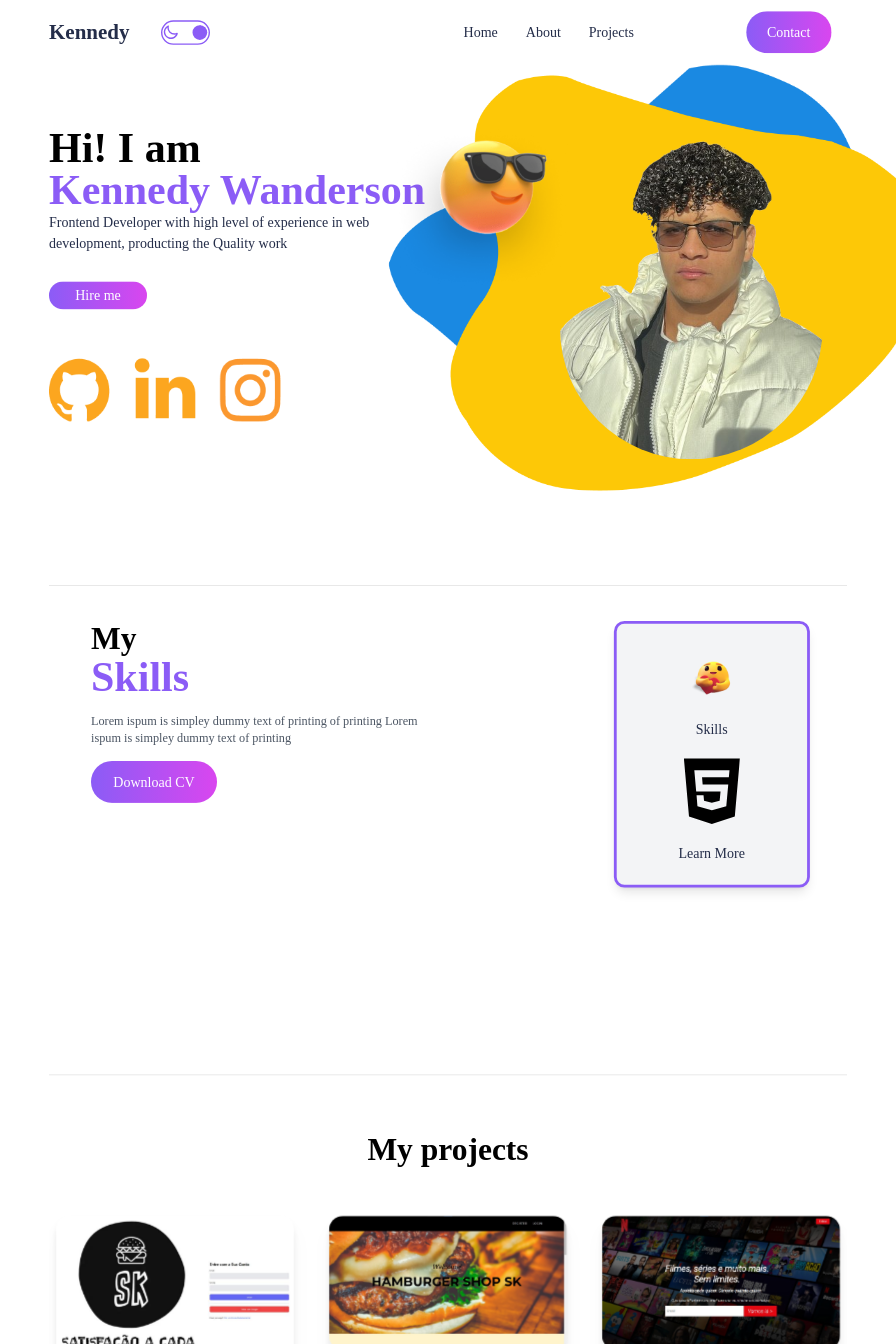
Repository: KennedyWanderson/portfolio
Page: /
The author's editor kept a copy of each file at every save. The page is drawn from the files as they stood at one save, then again after a run of saves.
The browser window is 1280 px wide. The pictures show the part of the page from y = 0 to 1920 px (the page is 3240 px tall), at 70% of full size.
Some web fonts or font styles are not loaded; a fallback is used. The project was rebuilt for these pictures with package versions that can differ from the ones it lists, and the page was loaded fresh each time. Imported but missing from the stored project, and not drawn on this page: src/Components/Services/Kennedy_CV.pdf.

Above is the page before, as saved 2024-01-26 12:21:40.

### public/index.html
<!DOCTYPE html>
<html lang="en">
  <head>
    <meta charset="utf-8" />
    <link rel="icon" href="%PUBLIC_URL%/favicon.ico" />
    <meta name="viewport" content="width=device-width, initial-scale=1" />
    <meta name="theme-color" content="#000000" />
    <meta
      name="description"
      content="Web site created using create-react-app"
    />

    <style>
      @font-face{
        font-family: Gumela;
        src: url('../src/fonts/*');
      }

      *{
        font-family: 'Gumela';
        font-weight: normal;
        font-size: 20px;
      }
      body{
        margin: 0;
      }
    </style>
    <link rel="apple-touch-icon" href="%PUBLIC_URL%/logo192.png" />
    <!--
      manifest.json provides metadata used when your web app is installed on a
      user's mobile device or desktop. See https://developers.google.com/web/fundamentals/web-app-manifest/
    -->
    <link rel="manifest" href="%PUBLIC_URL%/manifest.json" />
    <!--
      Notice the use of %PUBLIC_URL% in the tags above.
      It will be replaced with the URL of the `public` folder during the build.
      Only files inside the `public` folder can be referenced from the HTML.

      Unlike "/favicon.ico" or "favicon.ico", "%PUBLIC_URL%/favicon.ico" will
      work correctly both with client-side routing and a non-root public URL.
      Learn how to configure a non-root public URL by running `npm run build`.
    -->
    <title>React App</title>
  </head>
  <body>
    <noscript>You need to enable JavaScript to run this app.</noscript>
    <div id="root"></div>
    <!--
      This HTML file is a template.
      If you open it directly in the browser, you will see an empty page.

      You can add webfonts, meta tags, or analytics to this file.
      The build step will place the bundled scripts into the <body> tag.

      To begin the development, run `npm start` or `yarn start`.
      To create a production bundle, use `npm run build` or `yarn build`.
    -->
  </body>
</html>

### src/index.css
@import 'tailwindcss/base';
@import 'tailwindcss/components';
@import 'tailwindcss/utilities';

:root
{
  --yellow: #F5C32C;
    --orange : #FCA61F;
    --black : #242D49;
    --gray : #788097;
    --blueCard : #DDF8FE;
    --purple: rgb(238 210 255);
    --boxShadow : 0px 19px 60px rgb(0 0 0 / 8%);
    --orangeCard: rgba(252, 166, 31, 0.45);
    --smboxShadow: -79px 51px 60px rgba(0, 0, 0, 0.08);
}

.App{
    overflow: hidden;
    color: var(--black);
}

### src/App.css
@import 'tailwindcss/base';
@import 'tailwindcss/components';
@import 'tailwindcss/utilities';

:root
{
  --yellow: #F5C32C;
    --orange : #FCA61F;
    --black : #242D49;
    --gray : #788097;
    --blueCard : #DDF8FE;
    --purple: rgb(238 210 255);
    --boxShadow : 0px 19px 60px rgb(0 0 0 / 8%);
    --orangeCard: rgba(252, 166, 31, 0.45);
    --smboxShadow: -79px 51px 60px rgba(0, 0, 0, 0.08);
}

.App{
    padding: 0.5rem 3.5rem;
    overflow: hidden;
    color: var(--black);
}

.button{
  border-radius: 34px;
  border: none;
  color: white;
  font-size: 16px;
  padding: 10px;
}

@media screen and (max-width: 480px) {
    .App{
      padding: 0.5rem 1rem;
    }
}

### src/Components/Navbar/Navbar.jsx
import React from "react";
import Toggle from "../Toggle/Toggle";
import { Link } from 'react-scroll';

const Navbar = () => {
    return (
        <div className="lg:h-[10vh] flex flex-col lg:flex-row justify-between">
            <div className="flex-1 flex items-center gap-8">
                <div className="text-2xl font-bold">Kennedy</div>
                <Toggle />
            </div>
            <div className="lg:flex hidden flex-1 items-center justify-center font-normal">
                <div className="flex-grow-10">
                    <ul className="lg:flex hidden gap-8 mr-32 hover:cursor-grab">
                        <Link spy={true} to='Navbar' smooth={true}>
                            <li className="hover:text-orange-500">Home</li>
                        </Link>
                        <Link spy={true} to='About' smooth={true}>
                            <li className="hover:text-orange-500">About</li>
                        </Link>
                        <Link spy={true} to='Projects' smooth={true}>
                            <li className="hover:text-orange-500">Projects</li>
                        </Link>
                    </ul>
                </div>
                <button className=" rounded-3xl border-none text-white text-base pt-3 p-3 pr-6 pl-6 bg-gradient-to-r from-violet-500 to-fuchsia-500
                hover:cursor-grab bg-white hover:text-orange-500
                ">Contact</button>
            </div>
        </div>
    );
}

export default Navbar;

### src/Components/About/About.jsx
import React, { useContext } from "react";
import Github from '../../img/github.png'
import Instagram from '../../img/instagram.png'
import Linkedin from '../../img/linkedin.png'
import Profile from '../../img/eu.png'
import './About.css'
import Vector1 from '../../img/Vector1.png'
import Vector2 from '../../img/Vector2.png'
import { themeContext } from "../../Context";
import {motion} from 'framer-motion'
import glassesemoji from '../../img/glassesimoji.png'


const About = () => {

    const transition = {duration: 2, type: 'spring'}

    const theme = useContext(themeContext);
    const darkMode = theme.state.darkMode;

    return (
        <div className="lg:flex lg:flex-row flex-col h-[77vh] my-20 about">
            <div className="flex flex-col relative flex-1 gap-8">
                <div className="flex flex-col ">
                    <span style={{color: darkMode? 'white': ''}} className="text-black font-bold text-5xl">Hi! I am</span>
                    <span className="text-violet-500 font-bold text-5xl">Kennedy Wanderson</span>
                    <span>Frontend Developer with high level of experience
                        in web development, producting the Quality work                   </span>
                </div>
                <button className="rounded-3xl	border-none	text-white text-base pt-3 p-3 pr-6 pl-6 bg-gradient-to-r from-violet-500 to-fuchsia-500
                hover:cursor-grab bg-white hover:text-orange-500 w-28 h-8 flex justify-center items-center">Hire me</button>
                <div className="mt-6 flex gap-7 hover:cursor-grab left">
                    <a href="https://github.com/KennedyWanderson">
                        <img src={Github} alt="" />
                    </a>
                    <a href="https://www.linkedin.com/in/kennedy-wanderson/">
                        <img src={Linkedin} alt="" />
                    </a>
                    <a href="https://www.instagram.com/_dev.kennedy/">
                        <img src={Instagram} alt="" />
                    </a>
                </div>
            </div>
            <div className="i-right">
                <img src={Vector1} alt="" />
                <img src={Vector2} alt="" />
                <img className="rounded-full" src={Profile} alt="" />
                <motion.img
                initial={{left: '-46%'}}
                whileInView={{left: '-14%'}}
                transition={transition}
                src={glassesemoji} alt="" />
            </div>
        </div>
    )
}

export default About;

### src/Components/Services/Services.jsx
import React, { useContext } from "react";
import HeartEmoji from '../../img/heartemoji.png'
import Card from "../Card/Card";
import Resume from './Kennedy_CV.pdf'
import './Services.css'
import { themeContext } from "../../Context";
import { motion } from 'framer-motion'
import ReactIimg from '../../img/react.svg'
import HtmlImg from '../../img/html5.svg'

const Services = () => {

    const theme = useContext(themeContext);
    const darkMode = theme.state.darkMode;

    return (

        <div className="pt-0 pb-12 pr-3 pl-12 flex h-[90vh] mt-10 services" id="About">
            <div className="flex flex-col relative">
                <span style={{ color: darkMode ? 'white' : '' }} className="text-black text-4xl font-bold">My </span>
                <span className="text-violet-500 font-bold text-5xl">Skills</span>
                <spane style={{ color: darkMode ? 'white' : '' }} className="text-gray-600 text-sm mt-4">Lorem ispum is simpley dummy text of printing of printing Lorem

                    <br />
                    ispum is simpley dummy text of printing
                </spane>
                <a href={Resume} download>
                    <button className="rounded-3xl	border-none	text-white text-base pt-3 p-3 pr-6 pl-6 bg-gradient-to-r from-violet-500 to-fuchsia-500
                    hover:cursor-grab bg-white hover:text-orange-500 w-36 mt-4">Download CV</button>
                </a>
            </div>
            <div className="relative sm:flex lg:block cards gap-17rem">
                <div className="flex left-56 absolute sm:static lg:absolute">
                    <Card
                        emoji={HeartEmoji}
                        heading={'Skills'}
                        detail={HtmlImg}
                    />
                </div>
                <motion.div
                    initial={{ rotate: 45 }}
                    whileInView={{ rotate: 0 }}
                    viewport={{ margin: '-40px' }}
                    transition={{ duration: 3.5, type: 'spriing' }}
                >
                    <div>
                        <img src={[ReactIimg, ReactIimg]} alt="" />
                    </div>
                    <div>

                    </div>
                    <div>

                    </div>
                    <div>

                    </div>

                </motion.div>
            </div>
        </div>
    )
}

export default Services;

### src/Components/Portfolio/Portfolio.jsx
import React, { useContext } from "react";
import {Swiper, SwiperSlide} from 'swiper/react'
import 'swiper/css'
import Admin from '../../img/admin.jpeg'
import Movie from '../../img/movie.jpeg'
import Netflix from '../../img/netflix.jpeg'
import { themeContext } from "../../Context";
import Burguer from '../../img/burguer.jpeg'

const Portfolio = () => {
    const theme = useContext(themeContext);
    const darkMode = theme.state.darkMode;

    return(
        <div className="flex flex-col items-center justify-center h-[70vh] mb-10" id="Projects">
            <span style={{color: darkMode? 'white': ''}} className="text-black font-bold text-4xl">My projects</span>


            <Swiper spaceBetween={30}
            slidesPerView={3}
            grabCursor={true}
            className="overflow-visible w-full mt-12">
                <SwiperSlide className="w-80 p-2">
                    <img className="w-72 drop-shadow-xl rounded-2xl"  src={Admin} alt="" />
                </SwiperSlide>
                <SwiperSlide className="w-80 p-2">
                    <img className="w-72 drop-shadow-xl rounded-2xl" src={Burguer} alt="" />
                </SwiperSlide>
                <SwiperSlide className="w-80 p-2">
                    <img className="w-72 drop-shadow-xl rounded-2xl"  src={Netflix} alt="" />
                </SwiperSlide>
                <SwiperSlide className="w-80 p-2">
                    <img className="w-72 drop-shadow-xl rounded-2xl" src={Movie} alt="" />
                </SwiperSlide>
            </Swiper>
        </div>
    )
}

export default Portfolio;

### src/Components/Contact/Contact.jsx
import React, { useContext, useState } from "react";
import { useRef } from 'react';
import emailjs from '@emailjs/browser';
import { themeContext } from "../../Context";

const Contact = () => {

    const theme = useContext(themeContext);
    const darkMode = theme.state.darkMode;

  const form = useRef();

  const [done, setDone] = useState(false)

  const sendEmail = (e) => {
    e.preventDefault();

    emailjs.sendForm('service_nloztkk', 'template_w0nf8e5', form.current, 'l4pVECB3jFJ-edbZo')
      .then((result) => {
          console.log(result.text);
          setDone(true)
      }, (error) => {
          console.log(error.text);
      });
  };

    return(
        <div className="lg:flex flex-col m-3 pt-0 pr-12 pb-0 pl-12 mt-16 flex h-[80vh]">
            <div>
                <div className="flex flex-col">
                    <span style={{color: darkMode? 'white': ''}} className="text-black font-bold text-4xl">Get in touch</span>
                    <span className="text-violet-500 font-bold text-5xl">Contact me</span>
                </div>
            </div>

            <div className="flex justify-center relative flex-1">
                <form ref={form} onSubmit={sendEmail} className="flex flex-col gap-8 items-center" action="">
                    <input type="text" name="user_name" className=" w-80 h-8 p-2 outline-none border-2 border-violet-500 rounded-lg text-base" placeholder="Name" />
                    <input type="email" name="user_email" className="w-80 h-8 p-2 outline-none border-2 border-violet-500 rounded-lg text-base" placeholder="Email" />
                    <textarea  name="message" className="h-16 w-80 p-2 outline-none border-2 border-violet-500 rounded-lg text-base" placeholder="Message" />
                    <input type="submit" value="Send" className="rounded-3xl border-none text-white text-base pt-3 p-3 pr-6 pl-6 bg-gradient-to-r from-violet-500 to-fuchsia-500
                    hover:cursor-grab bg-white hover:text-orange-500 w-32 mt-4" />
                    <span className="text-center text-green-500 font-bold text-xl">{done && "Thanks for contacting me!"}</span>
                </form>
            </div>
        </div>
    )
}

export default Contact;

### src/Components/Footer/Footer.jsx
import React from "react";
import Wave from '../../img/wave.png'
import Insta from '@iconscout/react-unicons/icons/uil-instagram'
import Git from '@iconscout/react-unicons/icons/uil-github'
import Linkedin from '@iconscout/react-unicons/icons/uil-linkedin'

const Footer = () => {
    return(
        <div className=" flex items-center mt-[-0.5rem] mb-[-3.5rem] relative">
            <img src={Wave} alt="" style={{width: '100%'}}/>
            <div className="sm:scale-50 flex flex-col items-center justify-center absolute w-full mt-16 gap-16 text-white">
                <span>devprogrammer.wiz@gmail.com</span>
                <div className="flex gap-8">
                    <Insta color='white' size='3rem' />
                    <Git color='white' size='3rem' />
                    <Linkedin color='white' size='3rem' />
                </div>
            </div>
        </div>
    )
}

export default Footer;

### src/Components/Toggle/Toggle.jsx
import React, { useContext } from "react";
import Sun from '@iconscout/react-unicons/icons/uil-sun'
import Moon from '@iconscout/react-unicons/icons/uil-moon'
import { themeContext } from "../../Context";

const Toggle = () => {

    const theme = useContext(themeContext);
    const darkMode = theme.state.darkMode;
    const handleClick = () => {
        theme.dispatch({type: 'toggle'})
    }

    return (
        <div onClick={handleClick} className="flex items-center justify-between rounded-full m-1 border-2 border-violet-500 relative cursor-grab
        w-14 h-7 text-violet-500">
                <Moon />
                <Sun />
            <div className="rounded-full p-[6.5px] absolute bg-violet-500 border-4 border-violet-500"
                style = {darkMode? {left: '2px'} : {right : '2px'}}>
            </div>
        </div>
    )
}

export default Toggle;

### src/Components/About/About.css
.i-right{
    flex: 1;
    position: relative;
}

.i-right>*{
    position: absolute;
    z-index: 1;
}

.i-right>:nth-child(1){
    transform: scale(1.2);
    left: -5%;
    top: -9%;
}
    .i-right>:nth-child(2){
        top: -4.6%;
        transform: scale(1.2);
        left: 3rem;
    }
    .i-right>:nth-child(3){
    transform: scale(1.0);
    left: 28%;
}

@media screen and (max-width: 480px){
    .about {
    flex-direction: column;
    gap: 8rem;
    height: 50rem;
  }

  .left{

    margin-bottom: 50px;
    gap: 4rem;
  }

  .i-right>:nth-child(1){
    transform: scale(0.8);
    left: 0%;
    top: 0%;
}
    .i-right>:nth-child(2){
        transform: scale(0.8);
        left: 0rem;
    }
    .i-right>:nth-child(3){
    transform: scale(0.6);
    left: 0%;

}
.i-right>:nth-child(4){
    transform: scale(0.5);
}
}

### src/Components/Card/Card.jsx
import React from "react";
import '../../App.css'

const Card = ({emoji, heading, detail}) =>{
    return(
        <div className="card w-56 absolute flex flex-col gap-4 items-center text-center bg-gray-100
        rounded-xl border-4 border-violet-500 shadow-lg pt-0 pr-7 pb-6 pl-7">
            <img className="scale-50 mb-[-2rem]" src={emoji} alt="" />
            <span>{heading}</span>
            <img className="flex text-gray-500 text-base w-16" src={detail} alt='' />
            <button>Learn More</button>
        </div>
    )
}

export default Card;

### src/Components/Services/Services.css
@media screen and (max-width: 480px) {
    .services {
      margin-top: 0;
      flex-direction: column;
      gap: 5rem;
      height: 66rem;
      padding: 0;
    }

    .cards {
      display: flex;
      flex-direction: column;
      gap: 17rem;
    }
    .cards > * {
      position: static;
    }
  }

Loaded but not shown: src/reportWebVitals.js (common file); tailwind.config.js (common file); src/App.js (46 lines, source omitted); src/Context.js (24 lines, source omitted); src/index.js (19 lines, source omitted)

After the next 3 saves:
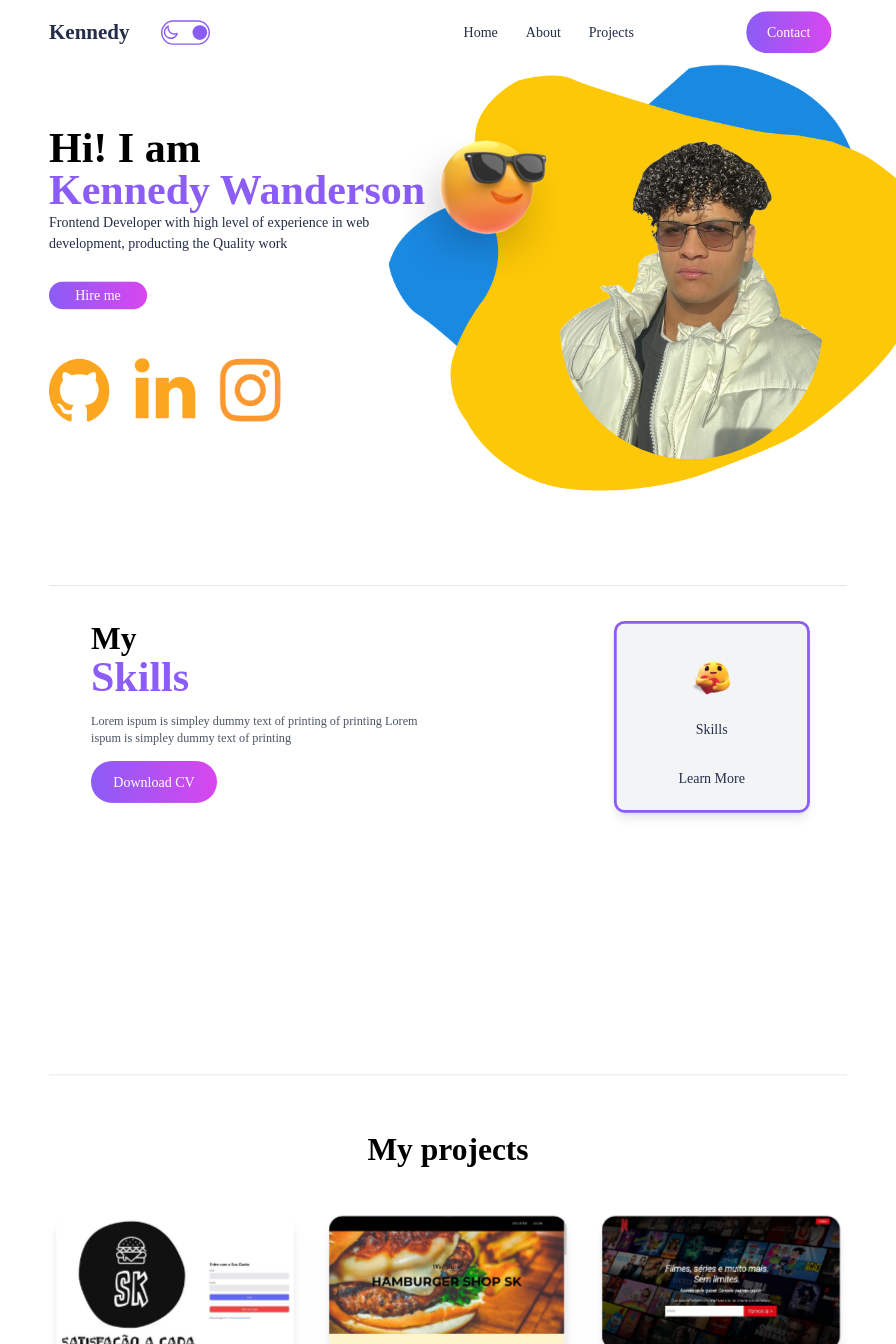
The 3 saves are shown as one change because 1 did not build or start and some came seconds apart.
The last was saved 4 min 4 s later.
--- a/src/Components/Services/Services.jsx
+++ b/src/Components/Services/Services.jsx
@@ -34,7 +34,7 @@
                     <Card
                         emoji={HeartEmoji}
                         heading={'Skills'}
-                        detail={HtmlImg}
+                        detail={[,]}
                     />
                 </div>
                 <motion.div
--- a/src/Components/Card/Card.jsx
+++ b/src/Components/Card/Card.jsx
@@ -1,13 +1,17 @@
 import React from "react";
 import '../../App.css'
 
-const Card = ({emoji, heading, detail}) =>{
-    return(
+const Card = ({ emoji, heading, detail }) => {
+    return (
         <div className="card w-56 absolute flex flex-col gap-4 items-center text-center bg-gray-100
         rounded-xl border-4 border-violet-500 shadow-lg pt-0 pr-7 pb-6 pl-7">
             <img className="scale-50 mb-[-2rem]" src={emoji} alt="" />
             <span>{heading}</span>
-            <img className="flex text-gray-500 text-base w-16" src={detail} alt='' />
+            <div className="images-container">
+                {detail.map((img, index) => (
+                    <img key={index} className="flex text-gray-500 text-base w-16" src={img} alt={`Image ${index + 1}`} />
+                ))}
+            </div>
             <button>Learn More</button>
         </div>
     )

After the save that followed:
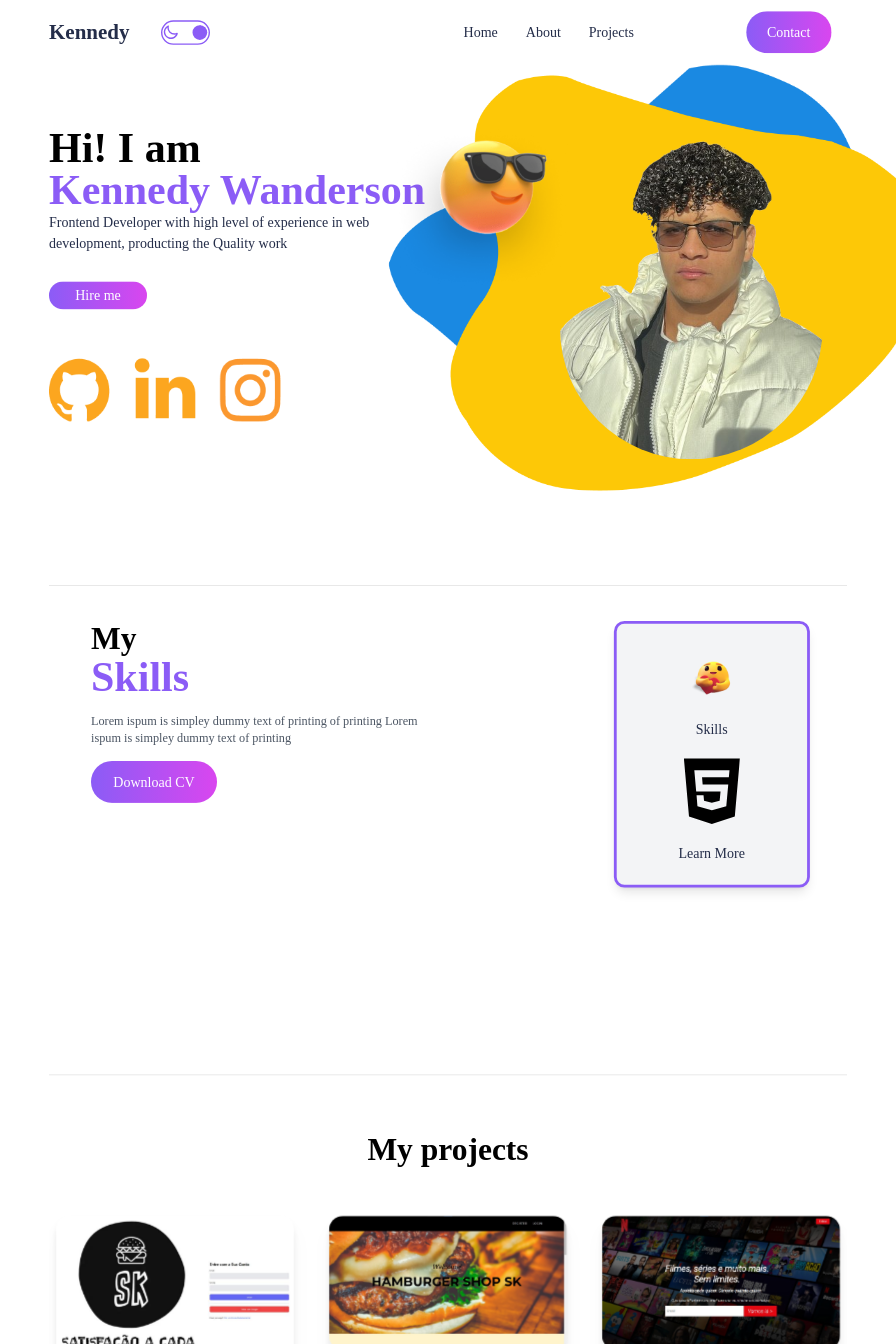
Saved 5 s later.
--- a/src/Components/Services/Services.jsx
+++ b/src/Components/Services/Services.jsx
@@ -34,7 +34,7 @@
                     <Card
                         emoji={HeartEmoji}
                         heading={'Skills'}
-                        detail={[,]}
+                        detail={[HtmlImg, ]}
                     />
                 </div>
                 <motion.div
